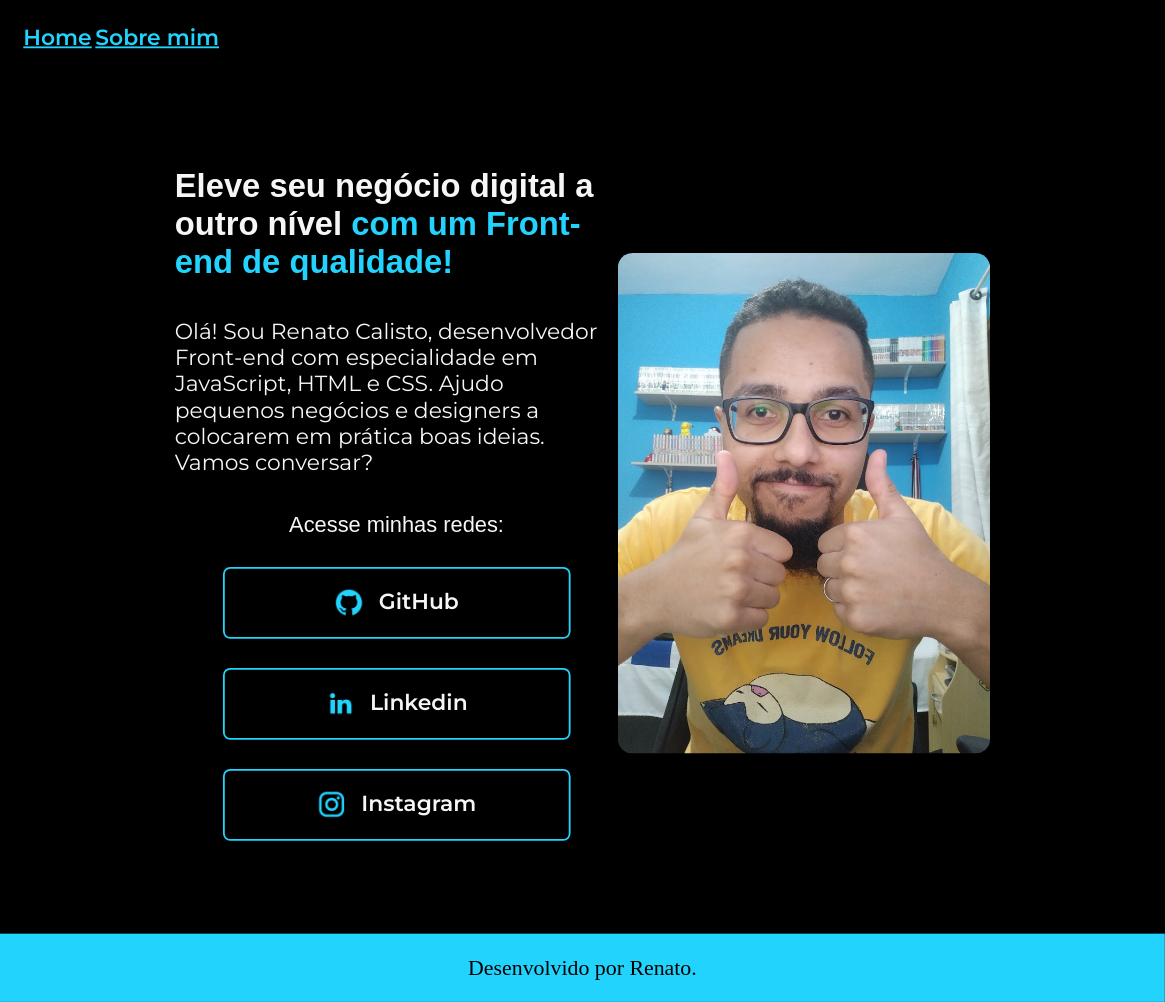
Repository: RenatoCCS/Portfolio_Alura
Page: index.html
The author's editor kept a copy of each file at every save. The page is drawn from the files as they stood at one save, then again after the next save.
The browser window is 1280 px wide. The pictures show the whole page, at 91% of full size.
Some web fonts or font styles are not loaded; a fallback is used.

Above is the page before, as saved 2023-03-02 16:59:38.

After the next save:
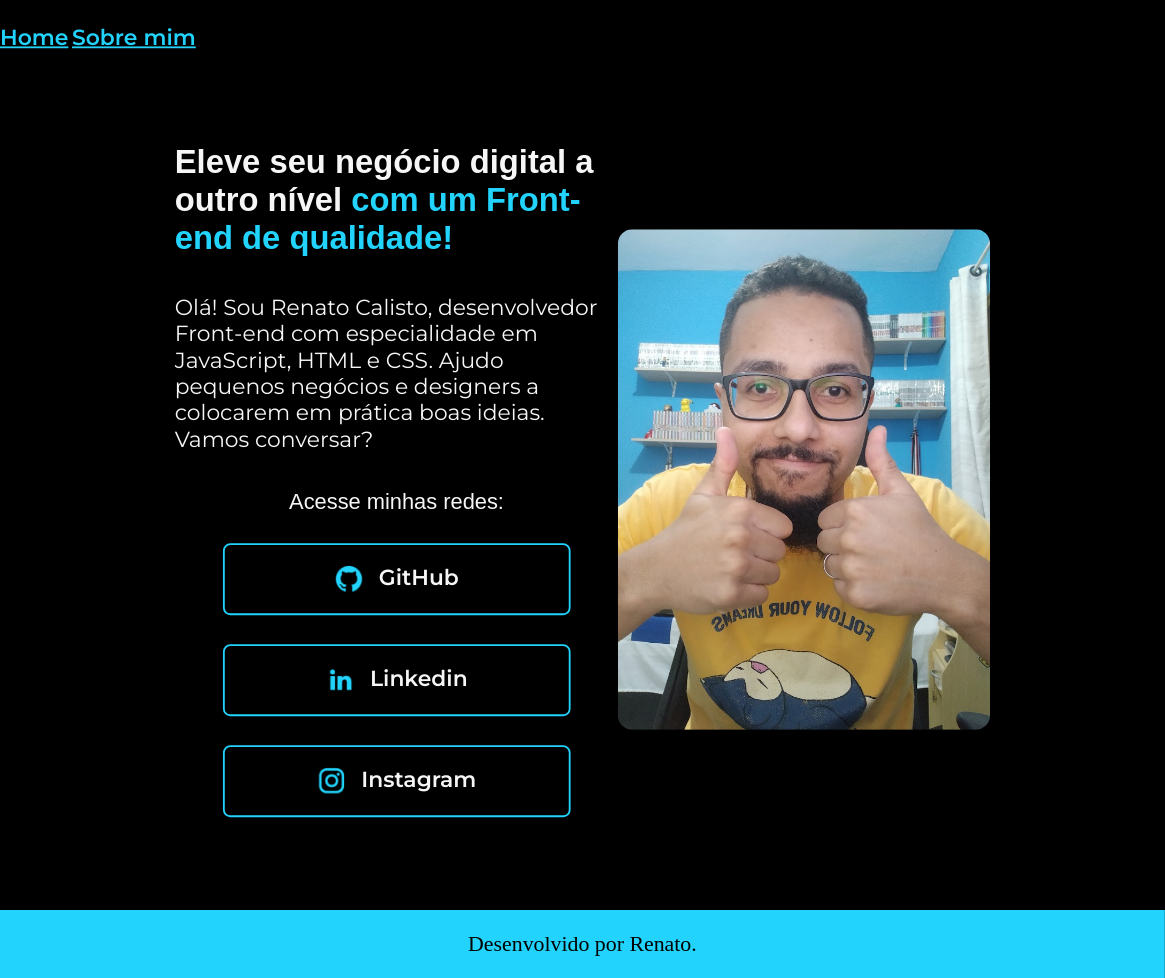
Saved 38 s later.
--- a/style.css
+++ b/style.css
@@ -13,7 +13,7 @@ body {
 }
 
 .cabecalho {
-  padding: 2%;
+  padding: 2% 0 0;
 }
 
 .cabecalho__menu__link {
